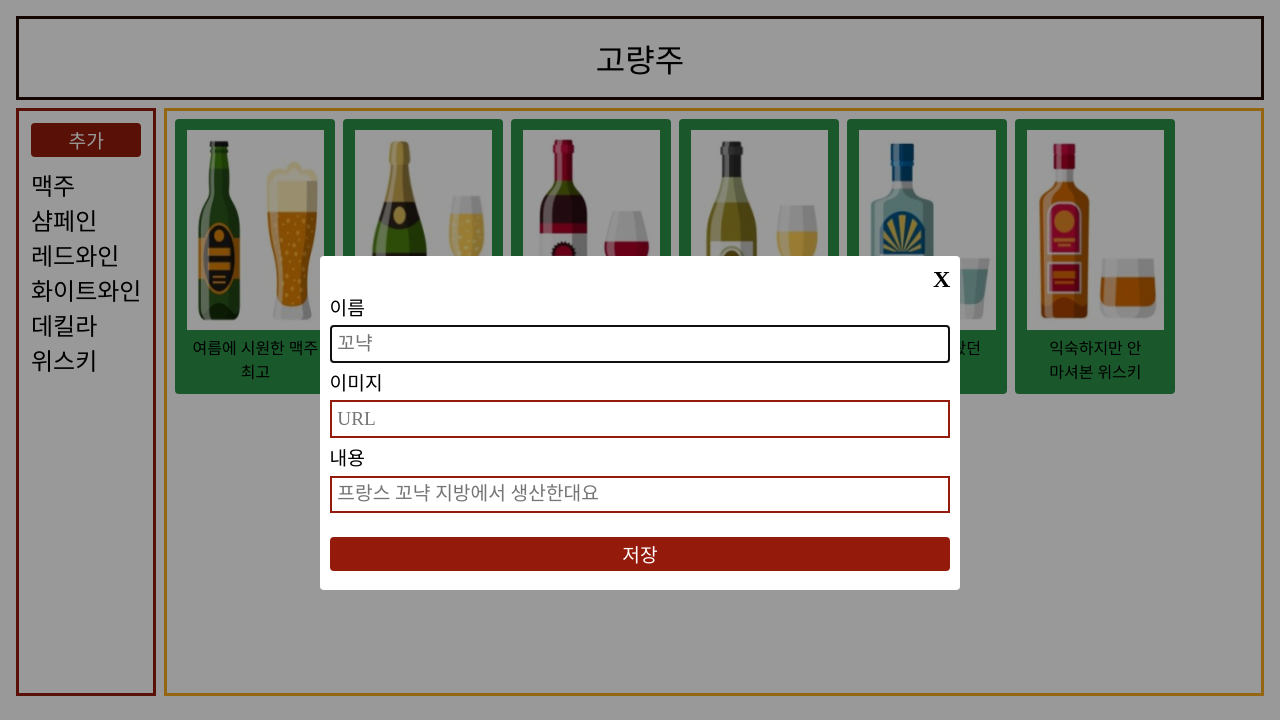
Repository: Jay-JYKim91/grj_2nd_week
Page: index.html
The author's editor kept a copy of each file at every save. The page is drawn from the files as they stood at one save, then again after the next save.
The browser window is 1280 px wide. The pictures show the whole page.
The first visible `.modal-content input` has the focus.
An inner scrolling area shows only its first screen. Some web fonts or font styles are not loaded; a fallback is used.

Above is the page before, as saved 2022-05-16 16:57:45.

After the next save:
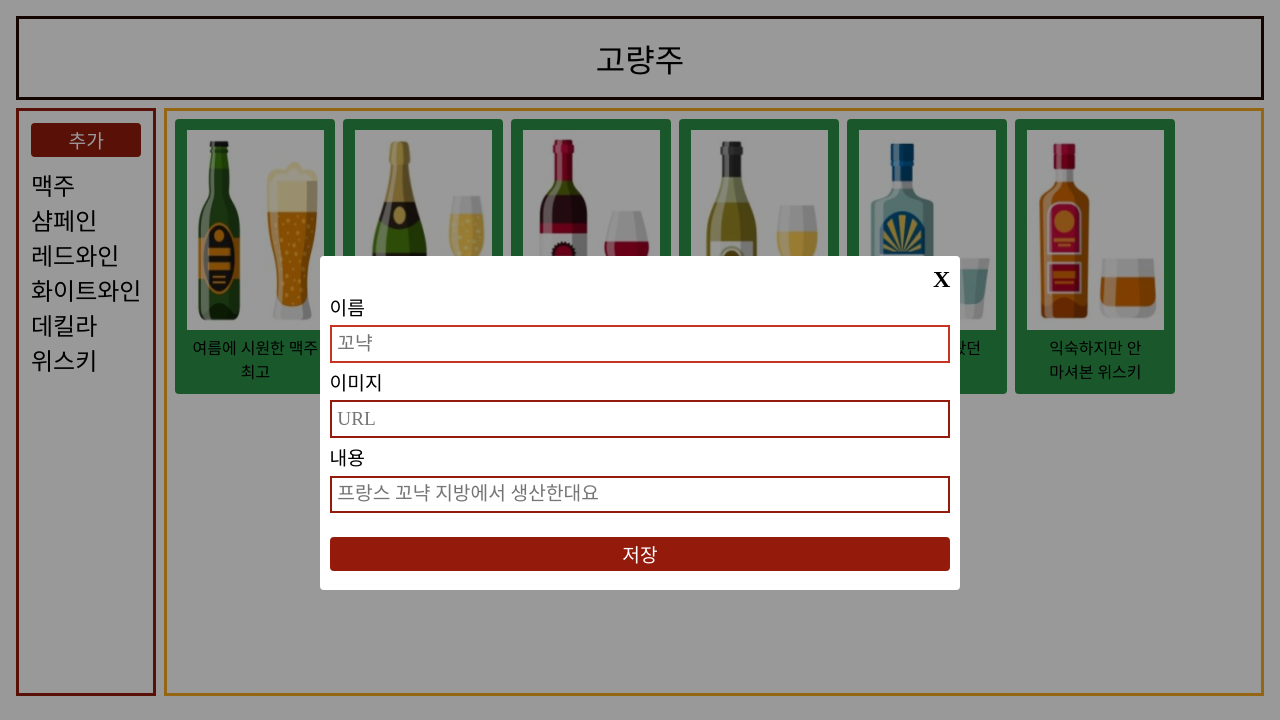
Saved 29 s later.
--- a/styles.css
+++ b/styles.css
@@ -137,7 +137,7 @@ aside {
 
 .modal-content input:focus {
   border: 2px solid #c63523;
-  color: red;
+  outline: none;
 }
 
 .modal-content .btn {
